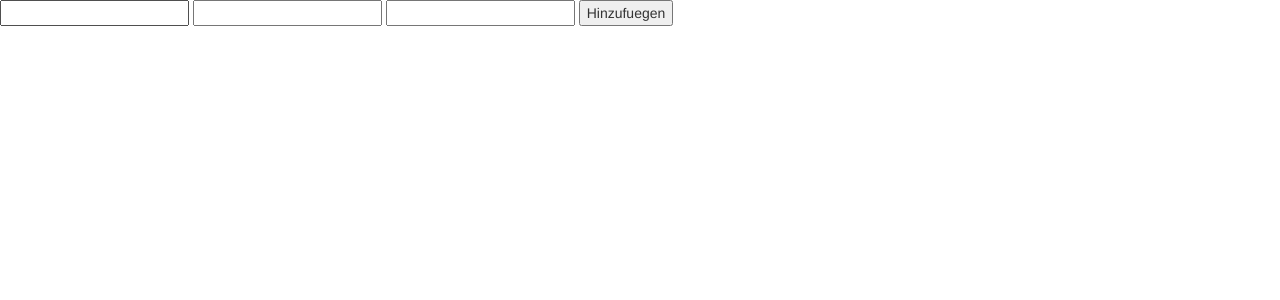
Repository: asdffdsa123/SA-Project
Page: SA-Webapp/WAR/index.html
The author's editor kept a copy of each file at every save. The page is drawn from the files as they stood at one save, then again after the next save.
The browser window is 1280 px wide. The pictures show the whole page.
Some web libraries are served in a nearby version.

Above is the page before, as saved 2013-11-24 13:48:33.

### SA-Webapp/WAR/index.html
<html>
	<head>
		<link rel="stylesheet" href="//netdna.bootstrapcdn.com/bootstrap/3.0.2/css/bootstrap.min.css">
	</head>
	<body>
		<form>
			<input type = "text"/>
			<input type = "text"/>
			<input type = "text"/>
			<input type = "submit" value = "Hinzufuegen"/>
		</form>
	</body>

</html>

After the next save:
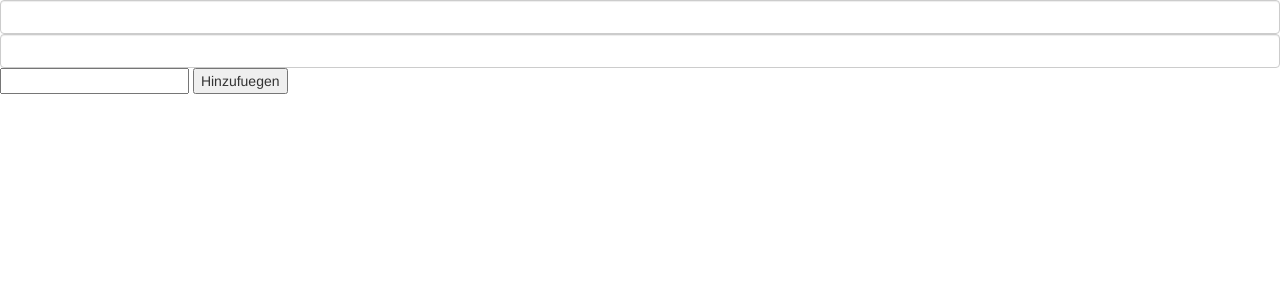
Saved 114 s later.
--- a/SA-Webapp/WAR/index.html
+++ b/SA-Webapp/WAR/index.html
@@ -1,11 +1,12 @@
 <html>
 	<head>
 		<link rel="stylesheet" href="//netdna.bootstrapcdn.com/bootstrap/3.0.2/css/bootstrap.min.css">
+		<title>Wettkampf Registrierung</title>
 	</head>
 	<body>
 		<form>
-			<input type = "text"/>
-			<input type = "text"/>
+			<input type = "text" class = "form-control"/>
+			<input type = "text" class = "form-control"/>
 			<input type = "text"/>
 			<input type = "submit" value = "Hinzufuegen"/>
 		</form>
